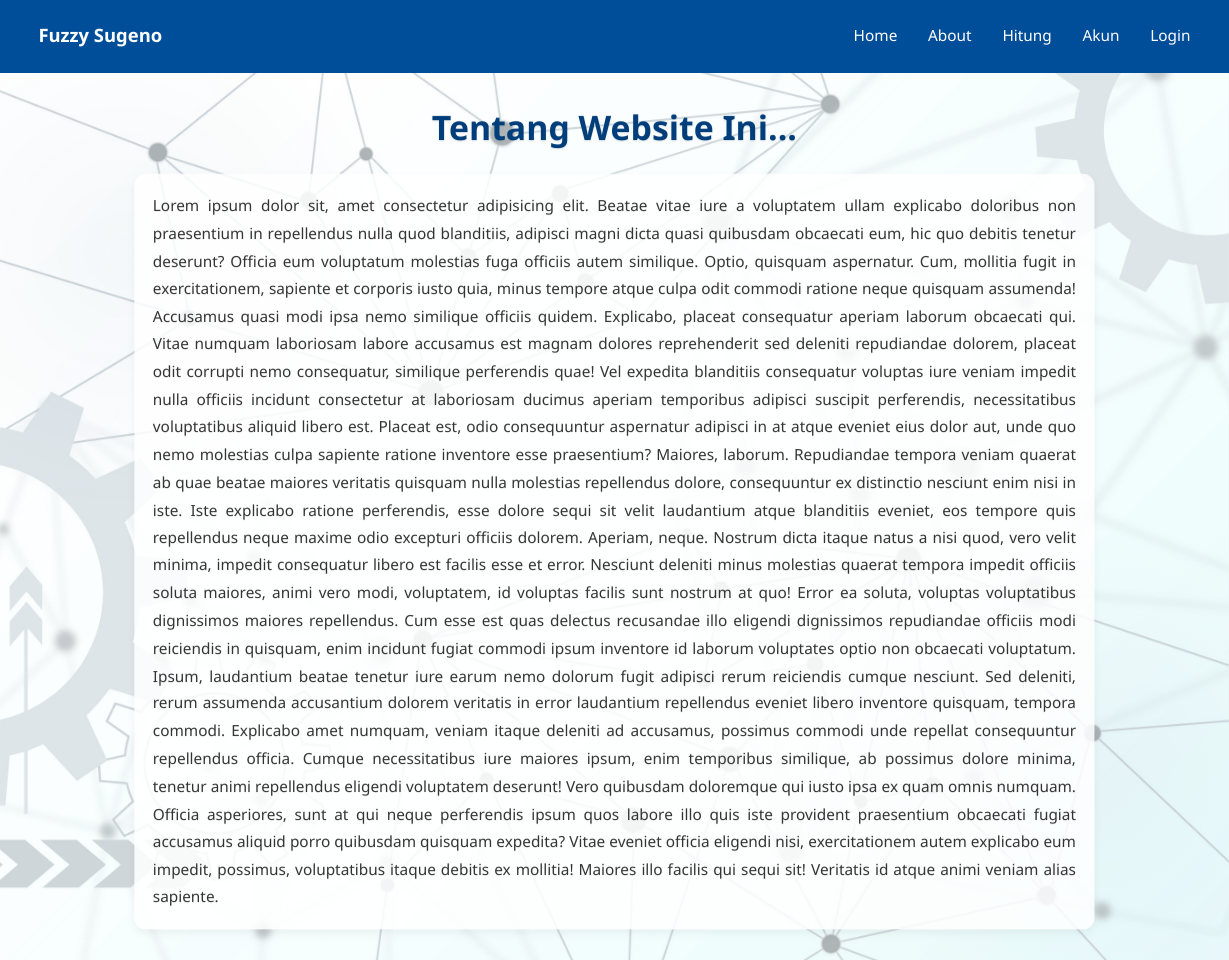
Repository: Senicccc/Defuzzy-Sugeno
Page: http://localhost/php/about.php
The author's editor kept a copy of each file at every save. The page is drawn from the files as they stood at one save, then again after the next save.
The browser window is 1280 px wide. The pictures show the whole page, at 96% of full size.
The page is run by PHP 8.4 with error messages shown; the project is at /var/www/html/.

Above is the page before, as saved 2025-06-09 11:22:56.

### php/about.php
<!DOCTYPE html>
<html lang="id">

<head>
    <meta charset="UTF-8" />
    <meta name="viewport" content="width=device-width, initial-scale=1.0" />
    <title>Fuzzy Sugeno - About</title>
    <link rel="icon" href="img/favicon.png" type="image/png">
    <link rel="stylesheet" href="../css/about.css">
</head>

<body>

    <?php
    require_once 'header.php';
    ?>

    <section class="hero" style="background: url('../img/menu-bg.jpg') center center/cover no-repeat;">
        <h1>Tentang Website Ini...</h1>
        <p>Lorem ipsum dolor sit, amet consectetur adipisicing elit. Beatae vitae iure a voluptatem ullam explicabo
            doloribus non praesentium in repellendus nulla quod blanditiis, adipisci magni dicta quasi quibusdam
            obcaecati eum, hic quo debitis tenetur deserunt? Officia eum voluptatum molestias fuga officiis autem
            similique. Optio, quisquam aspernatur. Cum, mollitia fugit in exercitationem, sapiente et corporis iusto
            quia, minus tempore atque culpa odit commodi ratione neque quisquam assumenda! Accusamus quasi modi ipsa
            nemo similique officiis quidem. Explicabo, placeat consequatur aperiam laborum obcaecati qui. Vitae numquam
            laboriosam labore accusamus est magnam dolores reprehenderit sed deleniti repudiandae dolorem, placeat odit
            corrupti nemo consequatur, similique perferendis quae! Vel expedita blanditiis consequatur voluptas iure
            veniam impedit nulla officiis incidunt consectetur at laboriosam ducimus aperiam temporibus adipisci
            suscipit perferendis, necessitatibus voluptatibus aliquid libero est. Placeat est, odio consequuntur
            aspernatur adipisci in at atque eveniet eius dolor aut, unde quo nemo molestias culpa sapiente ratione
            inventore esse praesentium? Maiores, laborum. Repudiandae tempora veniam quaerat ab quae beatae maiores
            veritatis quisquam nulla molestias repellendus dolore, consequuntur ex distinctio nesciunt enim nisi in
            iste. Iste explicabo ratione perferendis, esse dolore sequi sit velit laudantium atque blanditiis eveniet,
            eos tempore quis repellendus neque maxime odio excepturi officiis dolorem. Aperiam, neque. Nostrum dicta
            itaque natus a nisi quod, vero velit minima, impedit consequatur libero est facilis esse et error. Nesciunt
            deleniti minus molestias quaerat tempora impedit officiis soluta maiores, animi vero modi, voluptatem, id
            voluptas facilis sunt nostrum at quo! Error ea soluta, voluptas voluptatibus dignissimos maiores
            repellendus. Cum esse est quas delectus recusandae illo eligendi dignissimos repudiandae officiis modi
            reiciendis in quisquam, enim incidunt fugiat commodi ipsum inventore id laborum voluptates optio non
            obcaecati voluptatum. Ipsum, laudantium beatae tenetur iure earum nemo dolorum fugit adipisci rerum
            reiciendis cumque nesciunt. Sed deleniti, rerum assumenda accusantium dolorem veritatis in error laudantium
            repellendus eveniet libero inventore quisquam, tempora commodi. Explicabo amet numquam, veniam itaque
            deleniti ad accusamus, possimus commodi unde repellat consequuntur repellendus officia. Cumque
            necessitatibus iure maiores ipsum, enim temporibus similique, ab possimus dolore minima, tenetur animi
            repellendus eligendi voluptatem deserunt! Vero quibusdam doloremque qui iusto ipsa ex quam omnis numquam.
            Officia asperiores, sunt at qui neque perferendis ipsum quos labore illo quis iste provident praesentium
            obcaecati fugiat accusamus aliquid porro quibusdam quisquam expedita? Vitae eveniet officia eligendi nisi,
            exercitationem autem explicabo eum impedit, possimus, voluptatibus itaque debitis ex mollitia! Maiores illo
            facilis qui sequi sit! Veritatis id atque animi veniam alias sapiente.</p>
    </section>

</body>

</html>

### php/header.php
<!DOCTYPE html>
<html lang="id">

<head>
    <meta charset="UTF-8" />
    <meta name="viewport" content="width=device-width, initial-scale=1.0" />
    <title>Fuzzy Sugeno - Produksi</title>
    <link rel="stylesheet" href="https://cdnjs.cloudflare.com/ajax/libs/font-awesome/6.0.0/css/all.min.css">

    <style>
    * {
        margin: 0;
        padding: 0;
        box-sizing: border-box;
        font-family: 'Segoe UI', Tahoma, Geneva, Verdana, sans-serif;
    }

    body {
        background: #f0f4f8;
        color: #333;
    }

    nav {
        background-color: #004d99;
        position: sticky;
        top: 0;
        z-index: 1000;
        padding: 1.4rem 2.4rem;
    }

    .nav-container {
        display: flex;
        justify-content: space-between;
        align-items: center;
        max-width: 1200px;
        margin: 0 auto;
        flex-wrap: wrap;
    }

    .logo {
        color: white;
        font-weight: 800;
        font-size: larger;
    }

    .nav-links {
        display: flex;
        gap: 2rem;
    }

    .nav-links a {
        text-decoration: none;
        color: white;
        font-weight: 500;
        font-size: 1rem;
        transition: color 0.3s;
    }

    .nav-links a:hover {
        color: #ffcc00;
    }

    .burger {
        display: none;
        font-size: 1.5rem;
        color: white;
        cursor: pointer;
        padding: 0.5rem;
    }

    @media (max-width: 768px) {
        .nav-links {
            display: none;
            flex-direction: column;
            background-color: #004d99;
            width: 100%;
            text-align: center;
            margin-top: 1rem;
            padding-bottom: 1rem;
            gap: 1rem;
            order: 1;
        }

        .nav-links.active {
            display: flex;
        }

        .burger {
            display: block;
            margin-left: auto;
        }

        nav {
            padding: 0.75rem 1.5rem;
        }
    }
    </style>
</head>

<body>

    <nav>
        <div class="nav-container">
            <div class="logo">Fuzzy Sugeno</div>
            <div class="burger" id="burger"><i class="fas fa-bars"></i></div>
            <div class="nav-links" id="navLinks">
                <a href="../index.php">Home</a>
                <a href="about.php">About</a>
                <a href="form.php">Hitung</a>
                <a href="account.php">Akun</a>
                <?php if (isset($_SESSION['user_id'])): ?>
                <a href="logout.php">Logout</a>
                <?php else: ?>
                <a href="login.php">Login</a>
                <?php endif; ?>
            </div>
        </div>
    </nav>

    <script>
    const burger = document.getElementById('burger');
    const navLinks = document.getElementById('navLinks');

    burger.addEventListener('click', () => {
        navLinks.classList.toggle('active');
    });
    </script>

</body>

</html>

### css/about.css
/* Reset dan Font */
* {
  margin: 0;
  padding: 0;
  box-sizing: border-box;
  font-family: "Segoe UI", Tahoma, Geneva, Verdana, sans-serif;
}

/* Body */
body {
  background: linear-gradient(135deg, #ffffff 0%, #f5f5f5 100%);
  color: #333;
  min-height: 100vh;
  line-height: 1.6;
}

/* Hero Section */
.hero {
  position: relative;
  display: flex;
  flex-direction: column;
  justify-content: center;
  align-items: center;
  text-align: justify;
  min-height: calc(100vh - 80px);
  padding: 2rem;
  backdrop-filter: blur(2px);
  box-shadow: inset 0 0 0 2000px rgba(255, 255, 255, 0.2);
  animation: fadeIn 0.8s ease-out forwards;
}

/* Pola Lingkaran di Atas Background Gambar */
.hero::before {
  content: "";
  position: absolute;
  top: 0;
  left: 0;
  right: 0;
  bottom: 0;
  z-index: 0;
  background-image:
    radial-gradient(circle at 10% 20%, rgba(0, 77, 153, 0.04) 0%, transparent 20%),
    radial-gradient(circle at 90% 80%, rgba(0, 77, 153, 0.04) 0%, transparent 20%);
  pointer-events: none;
}

/* Supaya konten tetap di atas pola */
.hero > * {
  position: relative;
  z-index: 1;
}

/* Judul */
.hero h1 {
  font-size: 2.2rem;
  font-weight: 800;
  color: #003e7b;
  margin-bottom: 1.5rem;
  max-width: 900px;
  line-height: 1.4;
  text-shadow: 0 1px 2px rgba(0, 0, 0, 0.1);
  text-align: center;
}

/* Paragraf */
.hero p {
  max-width: 1000px;
  font-size: 1rem;
  color: #333;
  background-color: rgba(255, 255, 255, 0.85);
  padding: 1.2rem;
  border-radius: 12px;
  box-shadow: 0 4px 10px rgba(0, 0, 0, 0.05);
  line-height: 1.8;
  text-align: justify;
}

/* Responsif */
@media (max-width: 768px) {
  .hero {
    padding: 1.5rem 1rem;
    min-height: calc(100vh - 60px);
  }

  .hero h1 {
    font-size: 1.6rem;
  }

  .hero p {
    font-size: 0.95rem;
    padding: 1rem;
  }
}

@media (max-width: 480px) {
  .hero h1 {
    font-size: 1.3rem;
  }

  .hero p {
    font-size: 0.9rem;
    padding: 0.8rem;
  }
}

/* Animasi Muncul */
@keyframes fadeIn {
  from {
    opacity: 0;
    transform: translateY(20px);
  }
  to {
    opacity: 1;
    transform: translateY(0);
  }
}

After the next save:
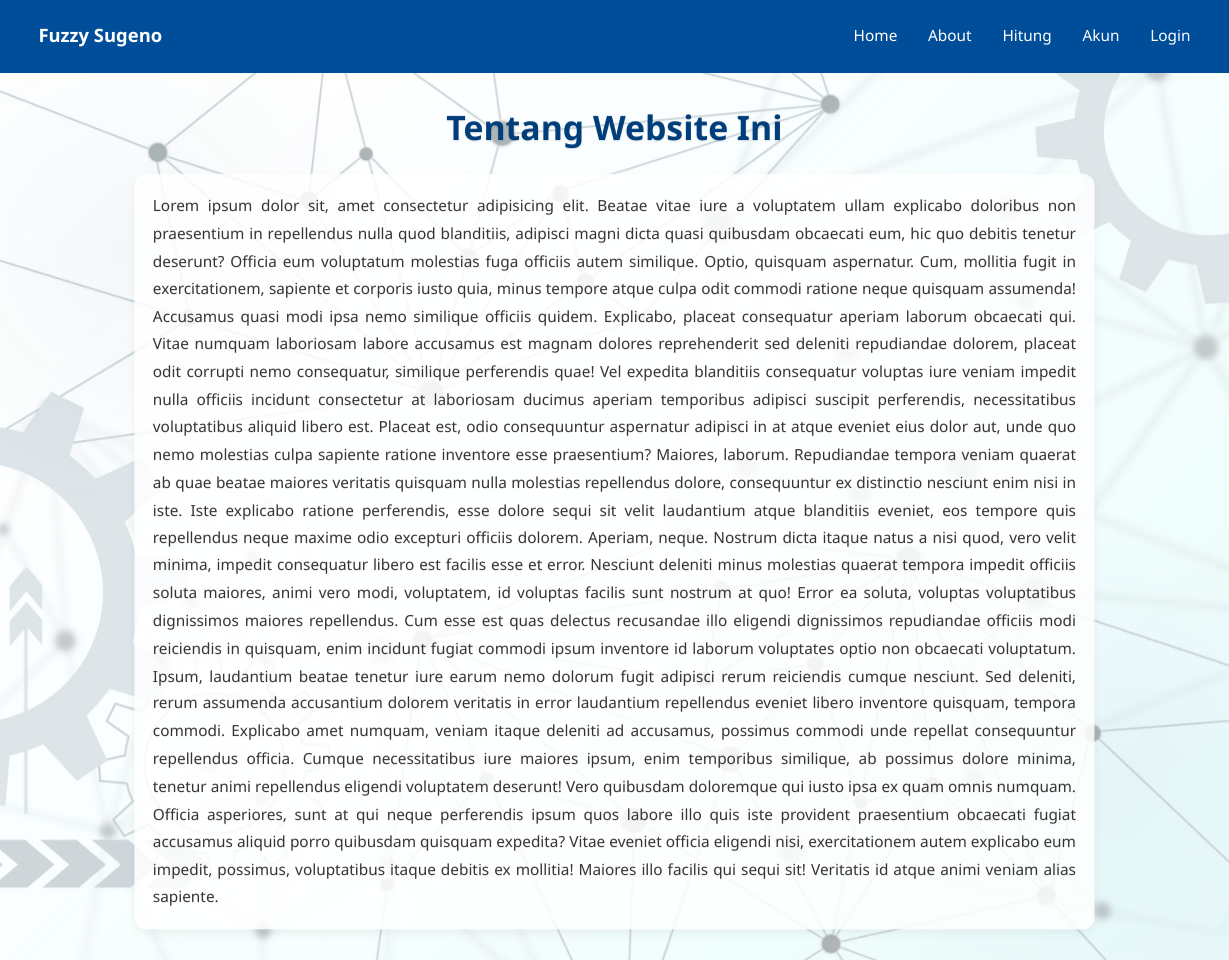
Saved 16 s later.
--- a/php/about.php
+++ b/php/about.php
@@ -16,7 +16,7 @@
     ?>
 
     <section class="hero" style="background: url('../img/menu-bg.jpg') center center/cover no-repeat;">
-        <h1>Tentang Website Ini...</h1>
+        <h1>Tentang Website Ini</h1>
         <p>Lorem ipsum dolor sit, amet consectetur adipisicing elit. Beatae vitae iure a voluptatem ullam explicabo
             doloribus non praesentium in repellendus nulla quod blanditiis, adipisci magni dicta quasi quibusdam
             obcaecati eum, hic quo debitis tenetur deserunt? Officia eum voluptatum molestias fuga officiis autem
